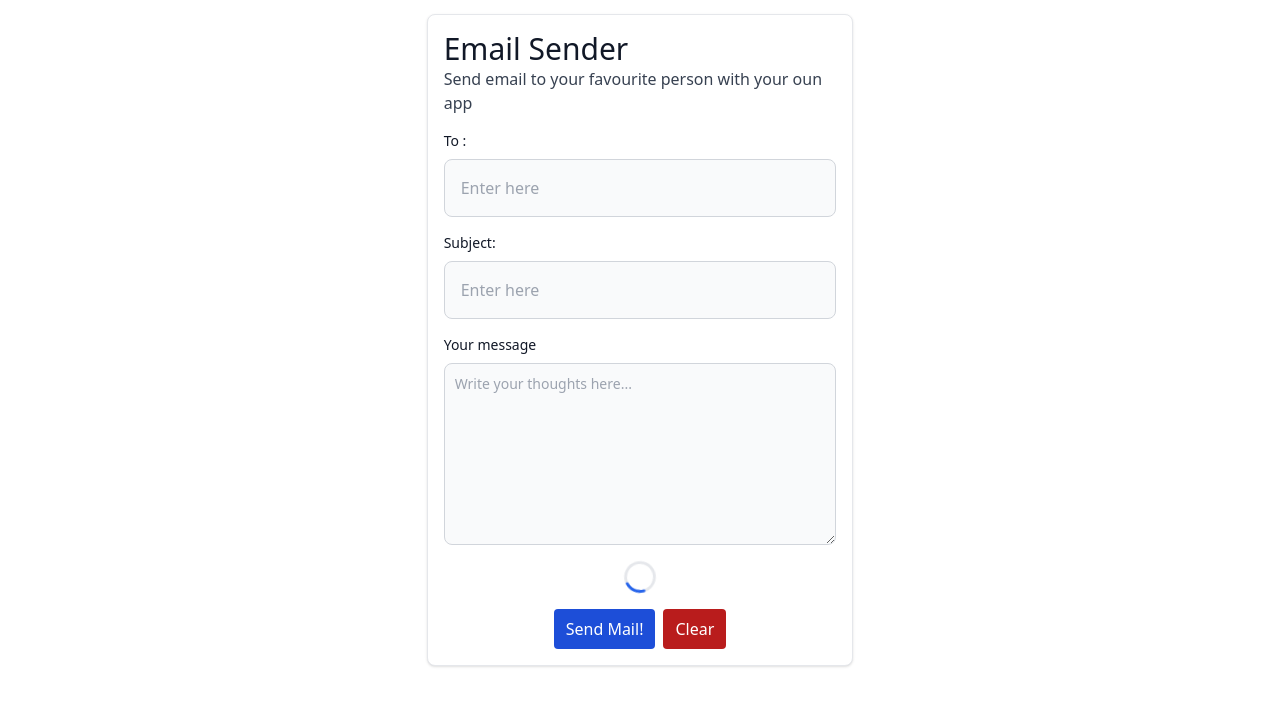
Repository: vikas-1234/EmailReactProject
Page: / (app in email-sender/)
The author's editor kept a copy of each file at every save. The page is drawn from the files as they stood at one save, then again after the next save.
The browser window is 1280 px wide. The pictures show the whole page.
The project was rebuilt for these pictures with package versions that can differ from the ones it lists, and the page was loaded fresh each time. Also part of the build but not shown: email-sender/vite.config.js, email-sender/src/App.css.

Above is the page before, as saved 2024-04-21 12:00:11.

### email-sender/index.html
<!doctype html>
<html lang="en" class="light">
  <head>
    <meta charset="UTF-8" />
    <link rel="icon" type="image/svg+xml" href="/vite.svg" />
    <meta name="viewport" content="width=device-width, initial-scale=1.0" />
    <title>Email Sender</title>
  </head>
  <body className="bg-gray-200">
    <div id="root"></div>
    <script type="module" src="/src/main.jsx"></script>
  </body>
</html>

### email-sender/src/App.jsx

import { Toaster } from 'react-hot-toast'
import './App.css'
import EmailSender from './components/EmailSender'

function App() {


  return (
    <>
      <EmailSender/>
      <Toaster/>
    </>
  )
}

export default App

### email-sender/src/components/EmailSender.jsx
import { useState } from "react";
import toast from "react-hot-toast";
import { sendEmail } from "../services/email.services";
function EmailSender() {
  const [emailData, setEmailData] = useState({
    to: "",
    subject: "",
    message: "",
  });

  async function handleFieldChange(event, name) {
    setEmailData({ ...emailData,[name]: event.target.value });
  }

  async function handleSubmit(event) {
    event.preventDefault();

    if(emailData.to=='' || emailData.subject=='' || emailData.message==''){
      alert('Please fill all the fields');
      toast.error("Invalid Fields!!");
      return;
    }

    // send email using an API for that we are using AXIOS Library to fetch the data  and display it.

    try {
      await sendEmail(emailData);
      toast.success("Email Data has been sent successfully");
      toast.success("Send Another One Data");
      setEmailData({
        to: "",
        subject: "",
        message: "",
      })
      console.log(emailData);
    } catch (error) {
      toast.error("Email not send!!!");
      console.log(emailData);
    }





    console.log(emailData);
  }

  return (
    <div className="w-full min-h-screen flex justify-center items-center">
      <div className="email_card md:w-1/3 w-full -mt-10 mx-4 md:mx-0  bg-white p-4 border rounded-lg shadow">
        <h1 className="text-gray-900 text-3xl">Email Sender</h1>
        <p className="text-gray-700">
          {" "}
          Send email to your favourite person with your oun app{" "}
        </p>

        <form action="" onSubmit={handleSubmit}>
          {/* To Section */}

          <div className="input_field mt-4">
            <label
              htmlFor="large-input"
              className="block mb-2 text-sm font-medium text-gray-900 dark:text-white"
            >
              To :
            </label>
            <input
              type="text"
              value={emailData.to}
              onChange={(event) => handleFieldChange(event, "to")}
              placeholder="Enter here"
              id="large-input"
              className="block w-full p-4 text-gray-900 border border-gray-300 rounded-lg bg-gray-50 text-base focus:ring-blue-500 focus:border-blue-500 dark:bg-gray-700 dark:border-gray-600 dark:placeholder-gray-400 dark:text-white dark:focus:ring-blue-500 dark:focus:border-blue-500"
            ></input>
          </div>
          {/* To Subject */}

          <div className="input_field mt-4">
            <label
              htmlFor="large-input"
              className="block mb-2 text-sm font-medium text-gray-900 dark:text-white"
            >
              Subject:
            </label>
            <input
              type="text"
              value={emailData.subject}
              onChange={(event) => handleFieldChange(event, "subject")}
              placeholder="Enter here"
              id="large-input"
              class="block w-full p-4 text-gray-900 border border-gray-300 rounded-lg bg-gray-50 text-base focus:ring-blue-500 focus:border-blue-500 dark:bg-gray-700 dark:border-gray-600 dark:placeholder-gray-400 dark:text-white dark:focus:ring-blue-500 dark:focus:border-blue-500"
            ></input>
          </div>

          {/* Message Section */}

          <div className="form_field mt-4">
            <label
              htmlFor="message"
              className="block mb-2 text-sm font-medium text-gray-900 dark:text-white"
            >
              Your message
            </label>
            <textarea
              id="message"
              value={emailData.message}
              onChange={(event) => handleFieldChange(event, "message")}
              rows="8"
              class="block p-2.5 w-full text-sm text-gray-900 bg-gray-50 rounded-lg border border-gray-300 focus:ring-blue-500 focus:border-blue-500 dark:bg-gray-700 dark:border-gray-600 dark:placeholder-gray-400 dark:text-white dark:focus:ring-blue-500 dark:focus:border-blue-500"
              placeholder="Write your thoughts here..."
            ></textarea>
          </div>

      {/* Loader Section */}
          <div className="loader justify-center flex mt-4">
          <div role="status">
    <svg aria-hidden="true" class="w-8 h-8 text-gray-200 animate-spin dark:text-gray-600 fill-blue-600" viewBox="0 0 100 101" fill="none" xmlns="http://www.w3.org/2000/svg">
        <path d="M100 50.5908C100 78.2051 77.6142 100.591 50 100.591C22.3858 100.591 0 78.2051 0 50.5908C0 22.9766 22.3858 0.59082 50 0.59082C77.6142 0.59082 100 22.9766 100 50.5908ZM9.08144 50.5908C9.08144 73.1895 27.4013 91.5094 50 91.5094C72.5987 91.5094 90.9186 73.1895 90.9186 50.5908C90.9186 27.9921 72.5987 9.67226 50 9.67226C27.4013 9.67226 9.08144 27.9921 9.08144 50.5908Z" fill="currentColor"/>
        <path d="M93.9676 39.0409C96.393 38.4038 97.8624 35.9116 97.0079 33.5539C95.2932 28.8227 92.871 24.3692 89.8167 20.348C85.8452 15.1192 80.8826 10.7238 75.2124 7.41289C69.5422 4.10194 63.2754 1.94025 56.7698 1.05124C51.7666 0.367541 46.6976 0.446843 41.7345 1.27873C39.2613 1.69328 37.813 4.19778 38.4501 6.62326C39.0873 9.04874 41.5694 10.4717 44.0505 10.1071C47.8511 9.54855 51.7191 9.52689 55.5402 10.0491C60.8642 10.7766 65.9928 12.5457 70.6331 15.2552C75.2735 17.9648 79.3347 21.5619 82.5849 25.841C84.9175 28.9121 86.7997 32.2913 88.1811 35.8758C89.083 38.2158 91.5421 39.6781 93.9676 39.0409Z" fill="currentFill"/>
    </svg>
    <span class="sr-only">Loading...</span>
</div>
          </div>

          <div className="button_container mt-4 flex justify-center gap-2">
            <button  type="submit"className="hover:bg-blue-900 text-white bg-blue-700 px-3 py-2 rounded">
              Send Mail!
            </button>
            <button className="hover:bg-red-900 text-white bg-red-700 px-3 py-2 rounded">
              Clear
            </button>
          </div>
        </form>
      </div>
    </div>
  );
}

export default EmailSender;

### email-sender/src/services/email.services.jsx

import { customAxios } from "./helper";

export async function sendEmail(emailData) {
    const result=(await customAxios.post(`/send`, emailData)).data;
    return  result;

  // .then((response) => {
    //     alert('Email sent successfully:', response.data);
    //     return response.data;
    // })
    // .catch((error) => {
    //     alert('Error sending email:', error);
    //     throw error;
    // })
}

### email-sender/src/services/helper.jsx
import axios from 'axios'

const baseURL = "http://localhost:8080/api/v1/email";
//  const baseURL = '/api/v1'; // Use this for production.
export const customAxios=axios.create({
    baseURL: baseURL,

});

### email-sender/tailwind.config.js
/** @type {import('tailwindcss').Config} */
export default {
  content: ["./index.html",
  "./src/**/*.{js,ts,jsx,tsx}",],
  theme: {
    extend: {},
  },
  plugins: [],
  darkMode:'selector',
}

Loaded but not shown: email-sender/src/main.jsx (common file); email-sender/src/index.css (common file)

After the next save:
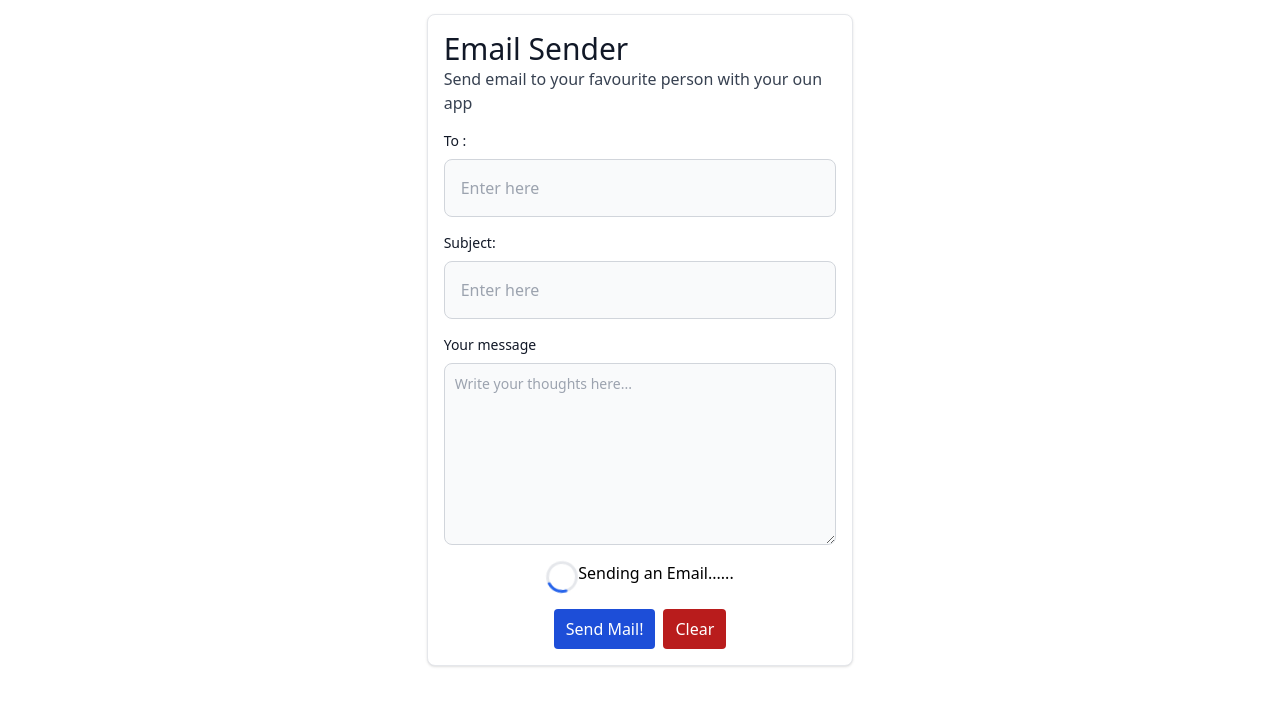
Saved 49 s later.
--- a/email-sender/src/components/EmailSender.jsx
+++ b/email-sender/src/components/EmailSender.jsx
@@ -120,6 +120,7 @@ function EmailSender() {
     </svg>
     <span class="sr-only">Loading...</span>
 </div>
+<h1>Sending an Email......</h1>
           </div>
 
           <div className="button_container mt-4 flex justify-center gap-2">
